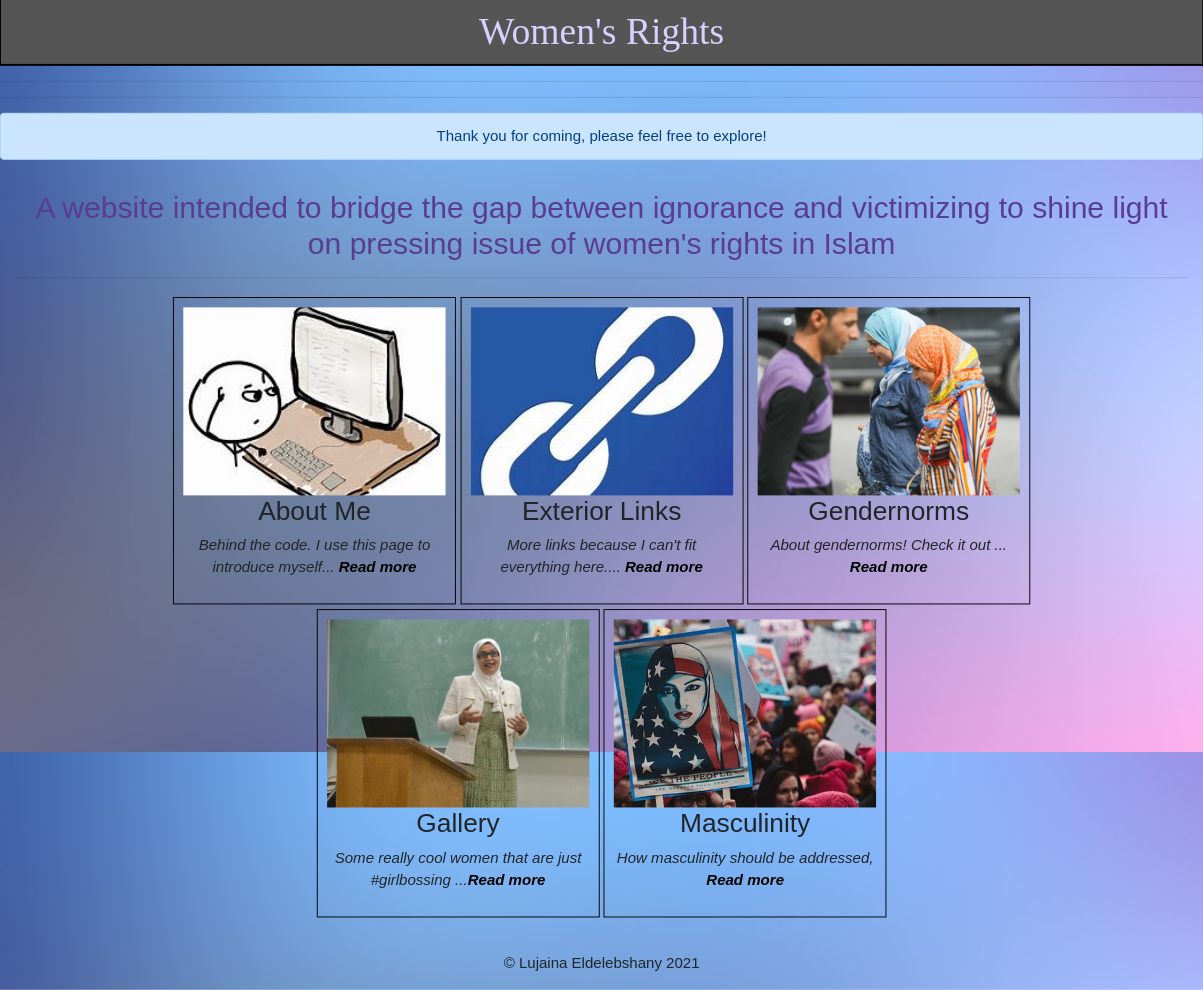
Repository: Lujaina-E/womens-rights-site
Page: index.html
The author's editor kept a copy of each file at every save. The page is drawn from the files as they stood at one save, then again after the next save.
The browser window is 1280 px wide. The pictures show the whole page, at 94% of full size.
Backgrounds fixed to the window are drawn as part of the page. Some web fonts or font styles are not loaded; a fallback is used.

Above is the page before, as saved 2022-07-25 23:41:41.

After the next save:
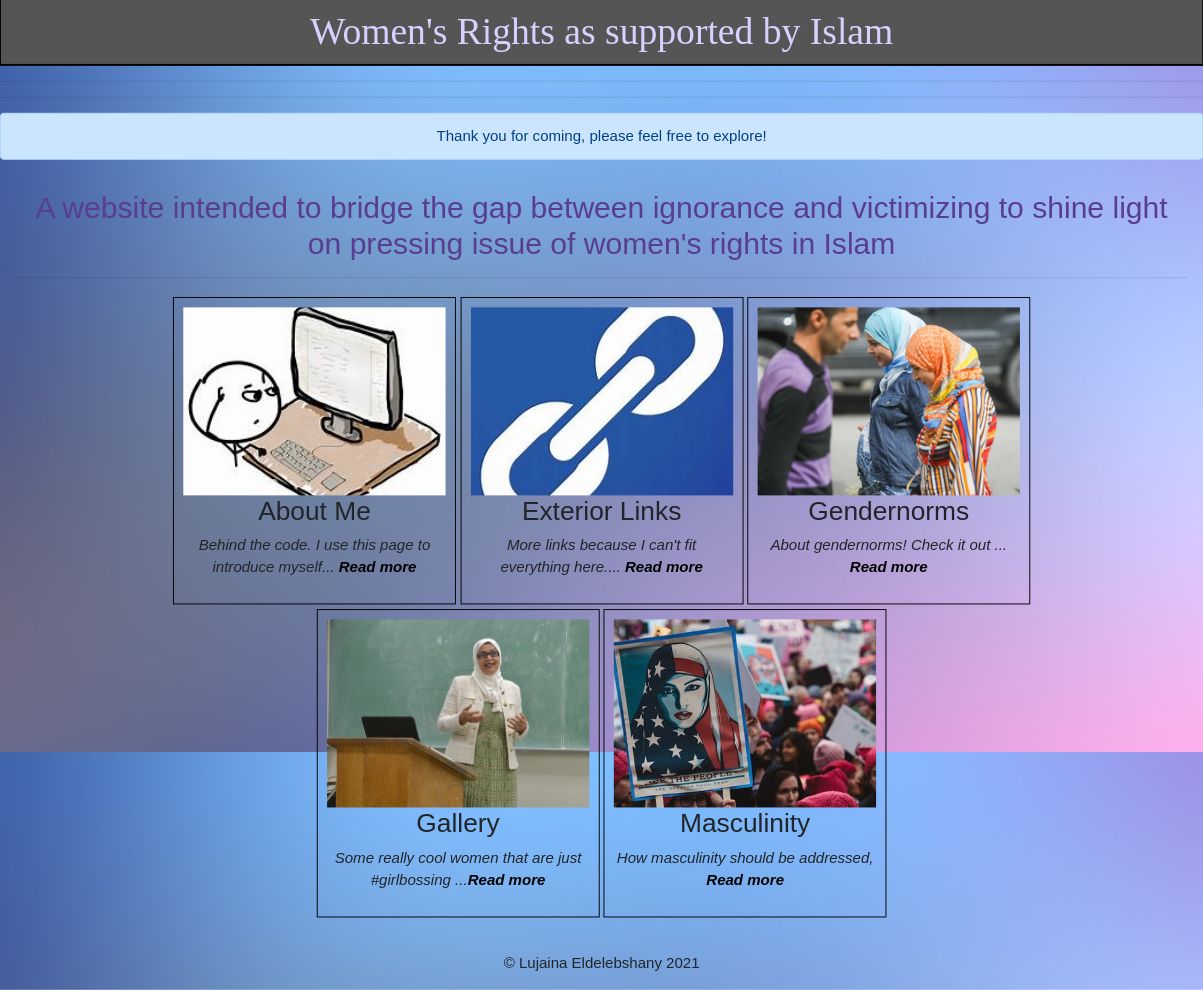
Saved 3 min 23 s later.
--- a/index.html
+++ b/index.html
@@ -36,7 +36,7 @@
     </head>
     <body>
 
-        <h1 class="header" id="site-title">Women's Rights</h1> <hr> <hr>
+        <h1 class="header" id="site-title">Women's Rights as supported by Islam</h1> <hr> <hr>
         <div class="alert alert-primary" role="alert">Thank you for coming, please feel free to explore!</div>
         <main class="page-content">
             <section>
